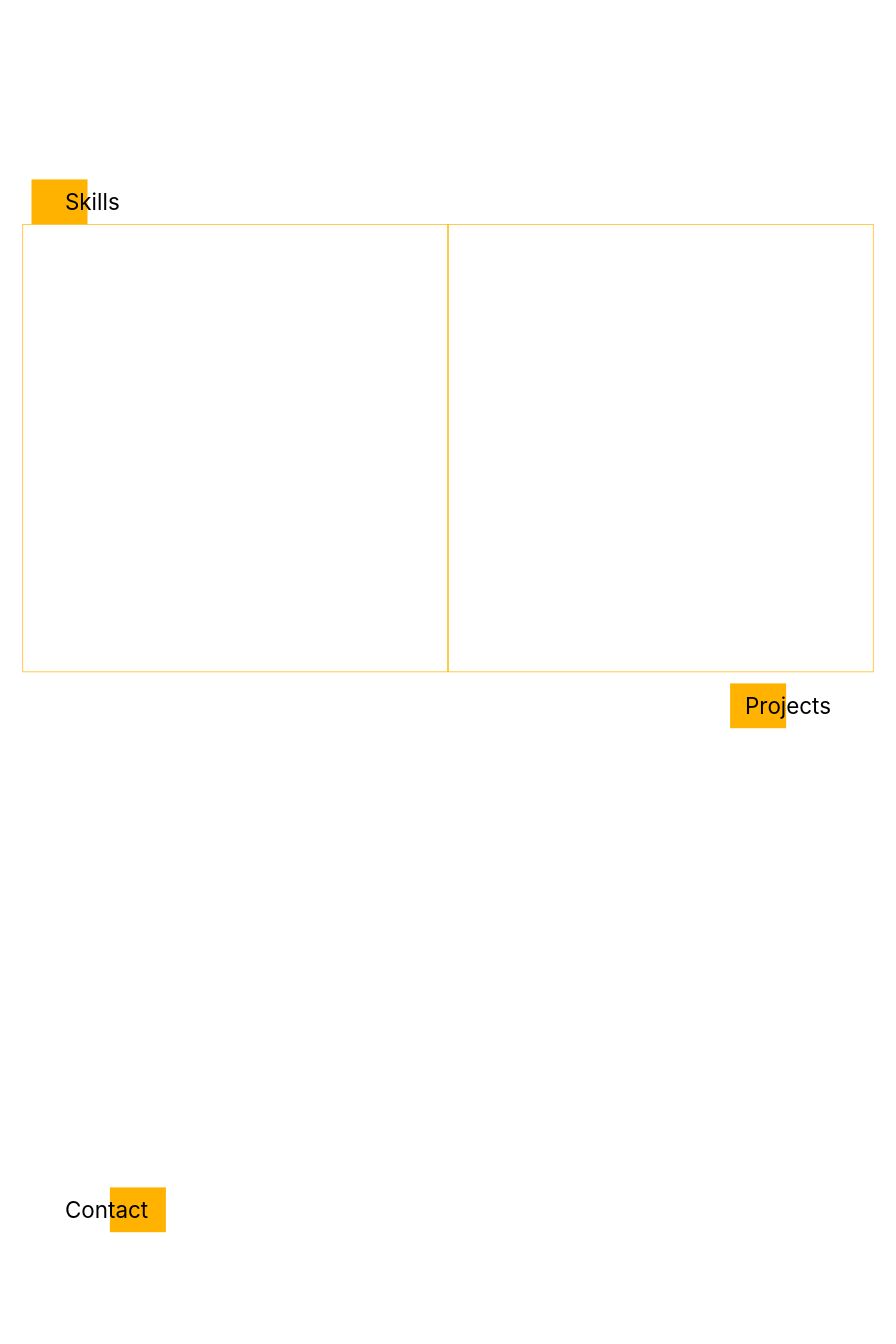
Repository: SebastianArmata22/Portfolio
Page: /
An editor plug-in stored every save of this project. The page is shown before and after the next save, followed by the edit.
The browser window is 1280 px wide. The pictures show the part of the page from y = 1216 to 3136 px (the page is 3664 px tall), at 70% of full size.
The project was rebuilt for these pictures with package versions that can differ from the ones it lists, and the page was loaded fresh each time.

Above is the page before, as saved 2021-02-24 17:15:40.

### public/index.html
<!DOCTYPE html>
<html lang="en">
  <head>
    <meta charset="utf-8" />
    <link rel="icon" href="%PUBLIC_URL%/favicon.ico" />
    <meta name="viewport" content="width=device-width, initial-scale=1" />
    <meta name="theme-color" content="#000000" />
    <meta
      name="description"
      content="Web site created using create-react-app"
    />
    <link rel="apple-touch-icon" href="%PUBLIC_URL%/logo192.png" />
    <!--
      manifest.json provides metadata used when your web app is installed on a
      user's mobile device or desktop. See https://developers.google.com/web/fundamentals/web-app-manifest/
    -->
    <link rel="manifest" href="%PUBLIC_URL%/manifest.json" />
    <!--
      Notice the use of %PUBLIC_URL% in the tags above.
      It will be replaced with the URL of the `public` folder during the build.
      Only files inside the `public` folder can be referenced from the HTML.

      Unlike "/favicon.ico" or "favicon.ico", "%PUBLIC_URL%/favicon.ico" will
      work correctly both with client-side routing and a non-root public URL.
      Learn how to configure a non-root public URL by running `npm run build`.
    -->
    <title>Sebastian Armata</title>
  </head>
  <body>
    <noscript>You need to enable JavaScript to run this app.</noscript>
    <div id="root"></div>
    <!--
      This HTML file is a template.
      If you open it directly in the browser, you will see an empty page.

      You can add webfonts, meta tags, or analytics to this file.
      The build step will place the bundled scripts into the <body> tag.

      To begin the development, run `npm start` or `yarn start`.
      To create a production bundle, use `npm run build` or `yarn build`.
    -->
  </body>
</html>

### src/App.js
import './App.css'
//components
import Header from './components/header/Header'
import MainPage from './components/mainPage/MainPage'
import Skills from './components/skills/Skills'
import AboutMe from './components/aboutMe/AboutMe'
import Contact from './components/contact/Contact'
import Footer from './components/footer/Footer'
import Projects from './components/projects/Projects'

function App() {
  return (
    <div className="App">
      <header>
        <Header />
      </header>
      <main>
        <MainPage />
        <AboutMe />
        <Skills />
        <Projects />
        <Contact />
      </main>
      <footer>
        <Footer />
      </footer>
    </div>
  );
}

export default App;

### src/App.css
html, body,*{
    margin: 0;
    padding: 0;

}
*{
    box-sizing: border-box;
}

### src/components/header/Header.js
import classes from './header.module.scss'
import React from 'react'
import logo from '../../icons/logo_armata.svg'

const Header = ()=>{
    return(
        <div className={classes.header}>
            <img src={logo} alt="logo"></img>
            <ul>
                <li>About me</li>
                <li>Skills</li>
                <li>Projects</li>
                <li>Contact</li>
            </ul>
        </div>
    )
}
export default Header

### src/components/mainPage/MainPage.js
import classes from './mainPage.module.scss'
import React from 'react'

const MainPage = ()=>{
    return(
        <div className={classes.main_page_container}>
            <div>
                <p><span>Hello,</span></p>
                <p>I'm Sebastian Armata</p>
                <p>A Frontend <span>Developer</span></p>
            </div>
            <div></div>
        </div>
    )
}
export default MainPage

### src/components/skills/Skills.js
import classes from './skills.module.scss'
import React from 'react'

const Skills = ()=>{
    return(
        <div className={classes.skills}>
            <header>
                <p>Skills</p>
            </header>
            <main>
                <div></div>
                <div></div>
            </main>
        </div>
    )
}
export default Skills

### src/components/aboutMe/AboutMe.js
import classes from './aboutme.module.scss'
import React from 'react'

const AboutMe = ()=>{
    return(
        <div className={classes.aboutMe}>
            <header>
                <p>About me</p>
            </header>
        </div>
    )
}
export default AboutMe

### src/components/contact/Contact.js
import classes from './contact.module.scss'
import React from 'react'

const Contact = ()=>{
    return(
        <div className={classes.contact}>
        <header>
            <p>Contact</p>
        </header>
    </div>
    )
}
export default Contact

### src/components/footer/Footer.js
import classes from './footer.module.scss'
import React from 'react'

const Footer = ()=>{
    return(
        <div className={classes.footer}>
            <p>Sebastian Armata </p>
        </div>
        )
}
export default Footer

### src/components/projects/Projects.js
import classes from './projects.module.scss'
import React from 'react'

const Projects = ()=>{
    return(
        <div className={classes.projects}>
            <header>
                <p>Projects</p>
            </header>
        </div>
    )
}
export default Projects

### src/components/header/header.module.scss
@import '../../variables.scss';

.header{
    height: 5rem;
    width: 100%;
    background-color: $third-main-color;
    display: flex;
    align-items: center;
    justify-content: space-between;
    padding: 1rem;
    img{
        padding: 0 2rem;
        height: 50px;
    }
    ul{
        display: flex;
        align-items: center;
        justify-content: space-between;
        width: 50%;
        li{
            list-style: none;
            text-align: center;
            color: $second-main-color;
            width: 10rem;
            font-size: 1rem;
            cursor: pointer;
            &:hover{
                color: $first-main-color;
            }
        }
    }
}

### src/components/mainPage/mainPage.module.scss
@import '../../variables.scss';

.main_page_container{
    height: calc(100vh - 5rem);
    width: 100%;
    background-color: $third-main-color;
    @include flex-container;
    padding: 3rem;
    div{
        width: 50%;
        height: 100%;
        display: flex;
        justify-content: center;
        flex-direction: column;
    }
    p{
        color: $second-main-color;
        font-size: 2rem;
        span{
            color: $first-main-color;
            font-size: 3rem;
        }
    }
}

### src/components/skills/skills.module.scss
@import '../../variables.scss';
.skills{
    width: 100%;
    height: 100vh;
    padding: 2rem;
    header{
        @include flex-container;
        p{
            position: relative;
            font-size: 2rem;
            height: 4rem;
            width: 90%;
            display: flex;
            align-items: center;
            &::after{
                display: block;
                content: "";
                    width: 5rem;
                    height: 100%;
                    z-index: -1;
                    position: absolute;
                    top:0;
                    left: -3rem;
                    background-color: $first-main-color;
            }
        }
    }
    main{
        display: flex;
        div{
            width: 50%;
            height: calc(100vh - 5rem);
            border: 1px solid $first-main-color;
        }
    }
}

### src/components/aboutMe/aboutme.module.scss
@import '../../variables.scss';

.aboutMe{
    width: 100%;
    height: 100vh;
    padding: 2rem;
    header{
        @include flex-container;
        p{
            position: relative;
            font-size: 2rem;
            height: 4rem;
            width: 90%;
            display: flex;
            align-items: center;
            justify-content: flex-end;
            &::after{
                display: block;
                content: "";
                    width: 5rem;
                    height: 100%;
                    z-index: -1;
                    position: absolute;
                    top:0;
                    right: -2rem;
                    background-color: $first-main-color;
            }
        }
    }
}

### src/components/contact/contact.module.scss
@import '../../variables.scss';
.contact{
    width: 100%;
    height: 100vh;
    padding: 2rem;
    header{
        @include flex-container;
        p{
            position: relative;
            font-size: 2rem;
            height: 4rem;
            width: 90%;
            display: flex;
            align-items: center;
            &::after{
                display: block;
                content: "";
                    width: 5rem;
                    height: 100%;
                    z-index: -1;
                    position: absolute;
                    top:0;
                    left: 4rem;
                    background-color: $first-main-color;
            }
        }
    }
}

### src/components/footer/footer.module.scss
@import '../../variables.scss';
.footer{
    height: 4rem;
    background-color: $first-main-color;
    @include flex-container;
    color: $second-main-color;
    font-size: 1.25rem;
}

### src/components/projects/projects.module.scss
@import '../../variables.scss';
.projects{
    width: 100%;
    height: 100vh;
    padding: 2rem;
    header{
        @include flex-container;
        p{
            position: relative;
            font-size: 2rem;
            height: 4rem;
            width: 90%;
            display: flex;
            align-items: center;
            justify-content: flex-end;
            &::after{
                display: block;
                content: "";
                    width: 5rem;
                    height: 100%;
                    z-index: -1;
                    position: absolute;
                    top:0;
                    right: 4rem;
                    background-color: $first-main-color;
            }
        }
    }
}

### src/variables.scss
$first-main-color: #FFB300;
$second-main-color: #fff;
$third-main-color:#000;
@mixin flex-container {
    display: flex;
    align-items: center;
    justify-content: center;
}

Loaded but not shown: src/index.js (common file); src/index.css (common file); src/reportWebVitals.js (common file)

After the next save:
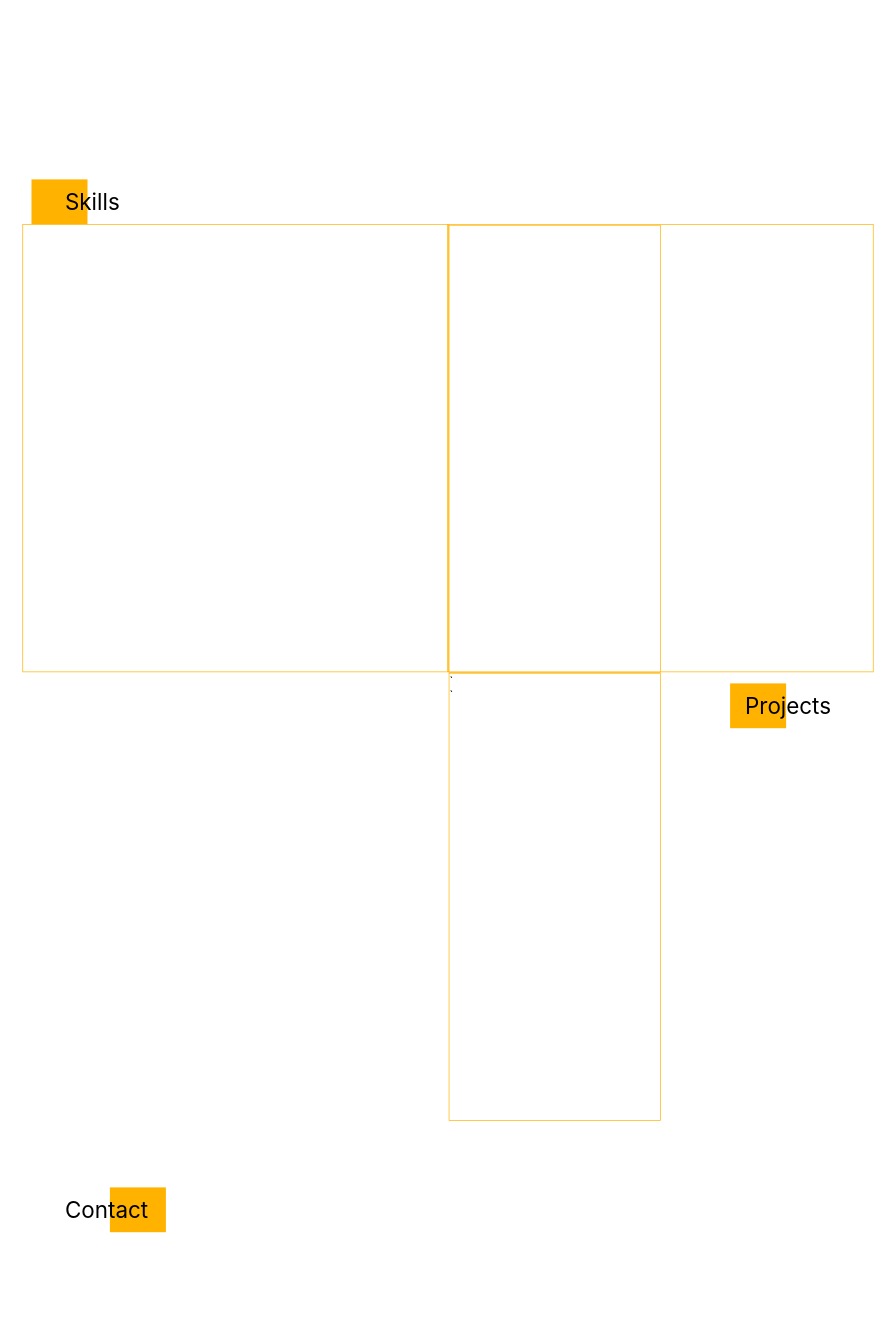
Saved 3 min 47 s later.
--- a/src/components/skills/Skills.js
+++ b/src/components/skills/Skills.js
@@ -9,7 +9,12 @@ const Skills = ()=>{
             </header>
             <main>
                 <div></div>
-                <div></div>
+                <div>
+                    <div></div>
+                    <div>
+                        <p>`<html></html>`</p>
+                    </div>
+                </div>
             </main>
         </div>
     )

After the save that followed:
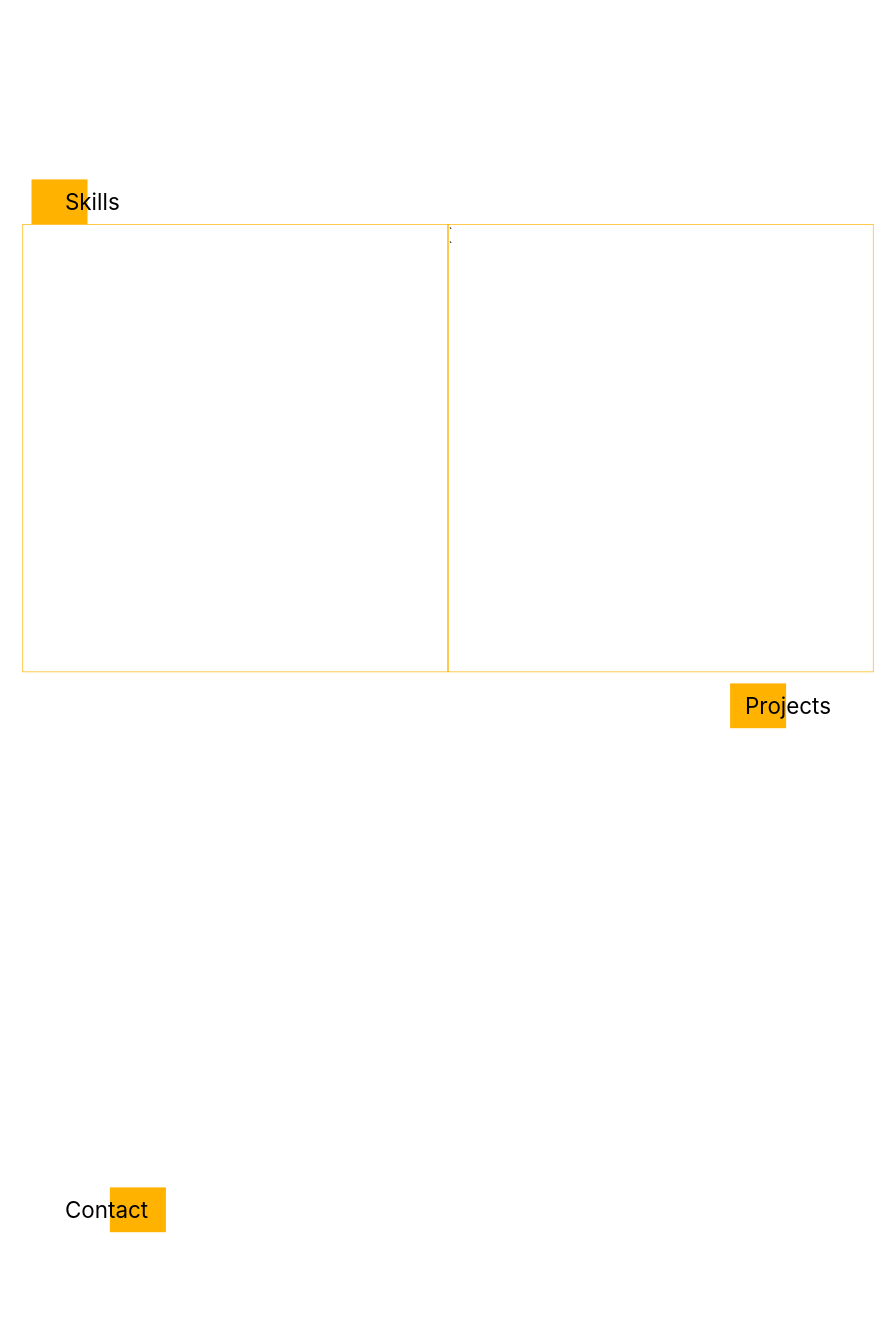
Saved 18 s later.
--- a/src/components/skills/skills.module.scss
+++ b/src/components/skills/skills.module.scss
@@ -27,7 +27,7 @@
     }
     main{
         display: flex;
-        div{
+        >div{
             width: 50%;
             height: calc(100vh - 5rem);
             border: 1px solid $first-main-color;
